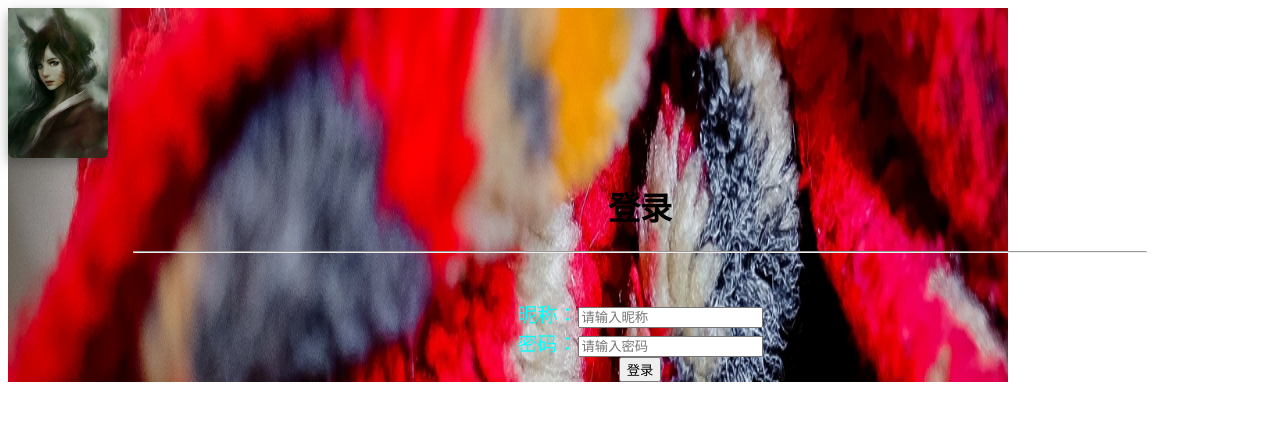
Repository: JuniorProjectTraining/free
Page: http://localhost/emss/login.jsp
These files come from the project's save history. The page is drawn as it stood at one moment and after the next save; the edit follows.
The browser window is 1280 px wide. The pictures show the whole page.
The page is served by Tomcat 9.

Above is the page before, as saved 2019-12-25 10:57:13.

After the next save:
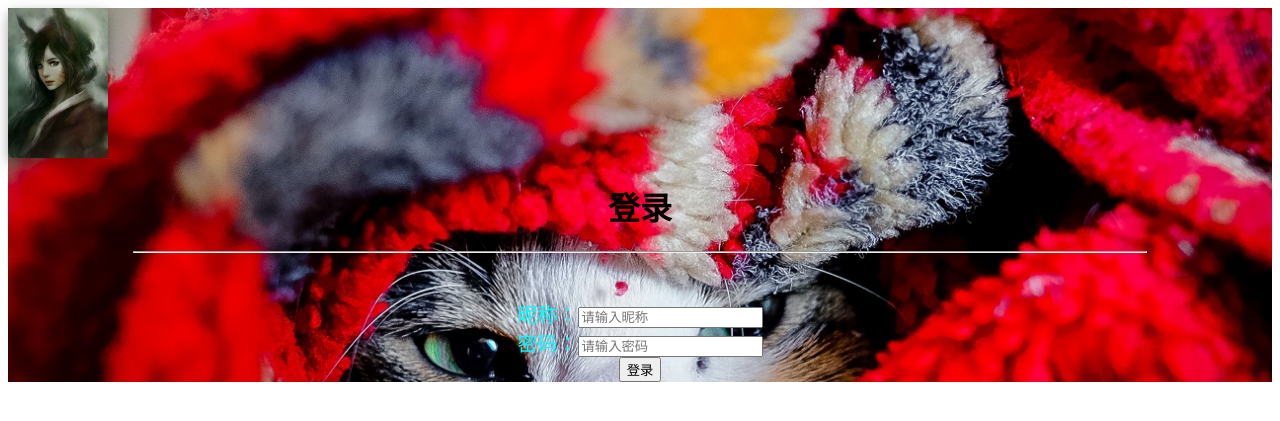
Saved 2 h 30 min later.
--- a/emss/src/main/webapp/login.jsp
+++ b/emss/src/main/webapp/login.jsp
@@ -28,7 +28,7 @@ transition: 0.3s;
 
 #beijing {
         background-image: url(./image/parallex.jpg);
-        background-size: 1000px 1700px;
+        background-size: 100%;
         background-repeat: no-repeat;
         }
 </style>
